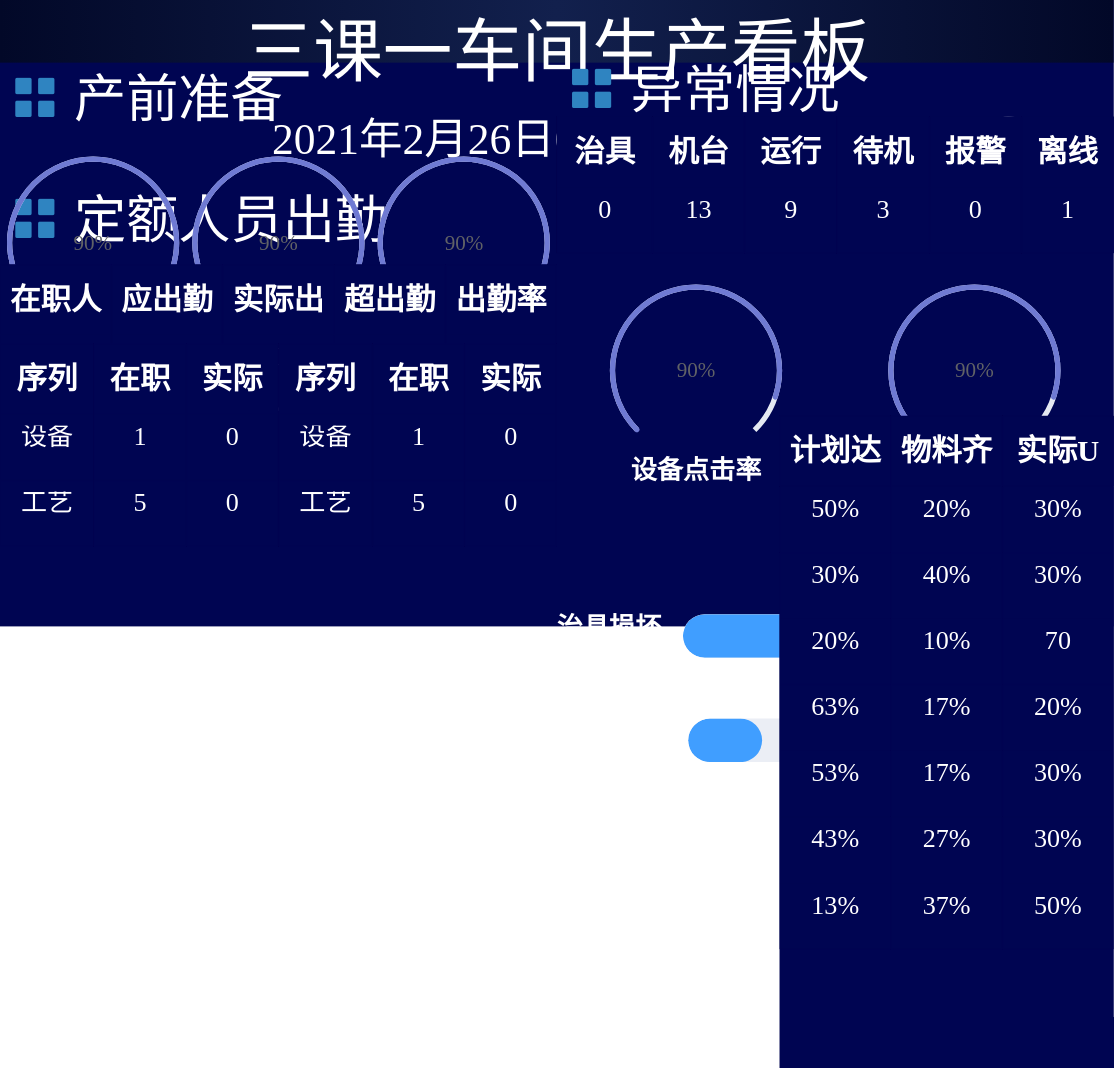
Repository: Bimbaloo/pv-view
Page: a.html
An editor plug-in stored every save of this project. The page is shown before and after the next save, followed by the edit.
The browser window is 1280 px wide. The pictures show the whole page, at 87% of full size.

Above is the page before, as saved 2021-05-17 09:25:07.
Console error: ReferenceError: echarts is not defined

### a.html
<!DOCTYPE html>
<html lang="zh-ch">

<head>
  <meta charset="UTF-8">
  <meta http-equiv="X-UA-Compatible" content="IE=edge">
  <meta name="viewport"
    content="width=device-width, initial-scale=1.0, minimum-scale=1.0, maximum-scale=1.0, user-scalable=no" />
  <script src="echarts.common.js"></script>
  <script src="vue.js"></script>
  <script src="element-ui/index.js"></script>
  <link rel="stylesheet" href="element-ui/theme-chalk/index.css">
  <link rel="stylesheet" href="reset.css">
  <link rel="stylesheet" href="base.css">
  <script src="axios.js"></script>
  <title>车间看板</title>
</head>

<body>
  <div id="app">
    <!-- 抬头 -->
    <div class="title-box">
      <div class="title">三课一车间生产看板</div>
      <div class="message" style="display: flex;">
        <div class="time">2021年2月26日09:29:23星期五</div>
        <div class="name">MES</div>
      </div>

    </div>
    <!-- 生产 -->
    <div class="Production">
      <div class="ready">
        <div class="designation">
          <i class="el-icon-menu"></i>
          <span>产前准备</span>
        </div>
        <div class="progress-boxs">
          <div class="progress-box">
            <el-progress type="dashboard" :percentage="percentage" :color="colors" :width='width'></el-progress>
            <span>设备点击率</span>
          </div>

          <div class="progress-box">
            <el-progress type="dashboard" :percentage="percentage" :color="colors" :width='width'></el-progress>
            <span>清洁度OK率</span>
          </div>
          <div class="progress-box">
            <el-progress type="dashboard" :percentage="percentage" :color="colors" :width='width'></el-progress>
            <span>物料齐率</span>
          </div>
        </div>


      </div>
      <!-- 出勤 -->
      <div class="chuqing">
        <div class="designation">
          <i class="el-icon-menu"></i>
          <span>定额人员出勤</span>
        </div>
        <div class="table-message">
          <el-table ref="table" :data="tableData.data" style="width: 100%;margin-top: 20px;">
            <el-table-column v-for="col in columns" :key="col.prop" :label="col.label" :prop="col.prop"
              :class-name="col.class" align='center'>
            </el-table-column>
          </el-table>
        </div>

      </div>
      <!-- 非定额出勤 -->
      <div class="feichuqing">
        <div class="designation">
          <i class="el-icon-menu"></i>
          <span>非定额人员出勤</span>
        </div>
        <div class="table-message" style="display: flex;">
          <el-table ref="table2" :data="tableData.data2" style="width: 45%;margin-top: 20px;">
            <el-table-column v-for="col in columns2" :key="col.prop" :label="col.label" :prop="col.prop"
              :class-name="col.class" align='center'>
            </el-table-column>
          </el-table>
          <el-table ref="table2" :data="tableData.data2" style="width: 45%;margin-top: 20px;">
            <el-table-column v-for="col in columns2" :key="col.prop" :label="col.label" :prop="col.prop"
              :class-name="col.class" align='center'>
            </el-table-column>
          </el-table>
        </div>
      </div>
    </div>
    <!-- 异常 -->
    <div class="abnormal">
      <div class="designation">
        <i class="el-icon-menu"></i>
        <span>异常情况</span>
      </div>
      <div class="table-message">
        <el-table ref="table4" :data="tableData.data4" style="width: 100%">
          <el-table-column v-for="col in columns4" :key="col.prop" :label="col.label" :prop="col.prop"
            :class-name="col.class" align='center'>
          </el-table-column>
        </el-table>
      </div>
      <div class="progress-boxs">
        <div class="progress-box">
          <el-progress type="dashboard" :percentage="percentage" :color="colors" :width='width'></el-progress>
          <span>设备点击率</span>
        </div>

        <div class="progress-box">
          <el-progress type="dashboard" :percentage="percentage" :color="colors" :width='width'></el-progress>
          <span>清洁度OK率</span>
        </div>
      </div>
      <div class="progress-boxs2">
        <div class="progress-box2">
          <div class="progress-message">
            治具损坏率
          </div>
          <el-progress :stroke-width="50" :percentage="90"></el-progress>
        </div>
        <div class="progress-box2">
          <div class="progress-message">
            OQC批退率
          </div>
          <el-progress :stroke-width="50" :percentage="20"></el-progress>
        </div>
      </div>

    </div>
    <!-- 进度 -->
    <div class="progress">
      <div class="designation" style="width: 100%;">
        <i class="el-icon-menu"></i>
        <span>生产进度</span>
      </div>

      <div id="container" style="height: 80%;width: 70%;"></div>
      <el-table ref="table5" :data="tableData.data5" style="width: 100%" height='750'>
        <el-table-column v-for="col in columns5" :key="col.prop" :label="col.label" :prop="col.prop"
          :class-name="col.class" align='center'>
        </el-table-column>
      </el-table>

    </div>

  </div>
  <script src="base.js"></script>
</body>

</html>

### reset.css
/**
 * Eric Meyer's Reset CSS v2.0 (http://meyerweb.com/eric/tools/css/reset/)
 * http://cssreset.com
 */

html,
body,
div,
span,
applet,
object,
iframe,
h1,
h2,
h3,
h4,
h5,
h6,
p,
blockquote,
pre,
a,
abbr,
acronym,
address,
big,
cite,
code,
del,
dfn,
em,
img,
ins,
kbd,
q,
s,
samp,
small,
strike,
strong,
sub,
sup,
tt,
var,
b,
u,
i,
center,
dl,
dt,
dd,
ol,
ul,
li,
fieldset,
form,
label,
legend,
table,
caption,
tbody,
tfoot,
thead,
tr,
th,
td,
article,
aside,
canvas,
details,
embed,
figure,
figcaption,
footer,
header,
menu,
nav,
output,
ruby,
section,
summary,
time,
mark,
audio,
video,
input {
  margin: 0;
  padding: 0;
  border: 0;
  font-family: "微软雅黑";
  font-size: 100%;
  font-weight: normal;
  vertical-align: baseline;
}

.divider {
  height: 16px;
  width: 100%;
  background: #f3f5f7;
  border-top: 1px solid rgba(7, 17, 27, 0.1);
  border-bottom: 1px solid rgba(7, 17, 27, 0.1);
}

.clear:after {
  content: "\20";
  height: 0;
  display: block;
  clear: both;
}

/* HTML5 display-role reset for older browsers */

article,
aside,
details,
figcaption,
figure,
footer,
header,
menu,
nav,
section {
  display: block;
}

body {
  line-height: 1;
}

blockquote,
q {
  quotes: none;
}

blockquote:before,
blockquote:after,
q:before,
q:after {
  content: none;
}

table {
  border-collapse: collapse;
  border-spacing: 0;
}

/* custom */

a {
  color: #7e8c8d;
  text-decoration: none;
  -webkit-backface-visibility: hidden;
}

li {
  list-style: none;
}

/* 表格下载。 */
.tableClone {
  position: absolute;
  z-index: -1;
}

::-webkit-scrollbar {
  width: 10px;
  height: 10px;
}

::-webkit-scrollbar-track-piece {
  /* background-color: #979ba1; */
  background-color: #bfc1c2;
  -webkit-border-radius: 4px;
}

::-webkit-scrollbar-thumb:vertical {
  height: 10px;
  /*  background-color: #56565C; */
  background-color: #8c8c92;
  -webkit-border-radius: 4px;
}

::-webkit-scrollbar-thumb:horizontal {
  width: 10px;
  /*  background-color: #56565C; */
  background-color: #8c8c92;
  -webkit-border-radius: 4px;
}

html,
body {
  width: 100%;
  height: 100%;
}

body {
  -webkit-text-size-adjust: none;
  -webkit-tap-highlight-color: rgba(0, 0, 0, 0);
}

### base.css
#app {
  background-color: hsl(236deg 100% 16%);
  display: flex;
  flex-direction: row;
  flex-flow: wrap;
  height: 100%;
}

.title-box {
  height: 10%;
  background-image: linear-gradient(to right, #020828, #12204d, #020828);
  width: 100%;

}

.title,
.time,
.name {
  color: #fff;
}

.message {
  display: flex;
  align-items: center;
  justify-content: flex-end;
  margin-right: 100px;
}

.title {
  font-size: 80px;
  width: 100%;
  display: flex;
  justify-content: center;
  align-items: center;
  line-height: 120px;
  height: 120px;
}

.time {
  font-size: 50px;
}

.name {
  font-size: 80px;
  margin-left: 50px;
}


/* 生产 */
.Production {
  height: 45%;
  width: 50%;
  box-sizing: border-box;

}

/* 异常 */
.abnormal {
  height: 45%;
  width: 50%;
  box-sizing: border-box;
}

.progress {
  width: 100%;
  height: 45%;
}


.ready {
  padding-top: 10px;
  height: 40%
}

.designation {
  color: #fff;
  font-size: 60px;
}

.el-icon-menu {
  color: #2F84C1;
  margin-left: 10px;
}

.chuqing {
  padding-top: 10px;
  height: 25%;
}
.feichuqing {
  padding-top: 10px;
  height: 35%;
}


.table-message td,th{
  background-color: hsl(236deg 100% 16%) !important;
  border: 1px solid hsl(236deg 100% 16%);
}

.el-table td, .el-table th.is-leaf {
  border: 1px solid hsl(236deg 100% 16%);
}

.el-table th, .el-table tr {
  background-color: hsl(236deg 100% 16%) !important;
}

.el-table {
  color: #fff;
  font-weight: bold;
  font-size: 30px;
}

.el-table, .el-table__expanded-cell {
  background-color: hsl(236deg 100% 16%) !important;
}
.el-table th>.cell {
  height: 55px;
  color: #fff;
  font-weight: bold;
  font-size: 35px;
  line-height: 55px;
}
.el-table td>.cell {
  height: 50px;
  color: #fff;
  font-size: 30px;
}


.abnormal {

}
.progress-boxs {
  display: flex;
  justify-content: space-around;
  margin-top: 35px;
}
.progress-box span{
  color: #fff;
  font-weight: bold;
  font-size: 30px;
}

.progress-box {
  display: flex;
    flex-direction: column;
    align-items: center;
}
.progress-boxs2 {
 margin-top: 150px;
}

.progress-box2 {
  display: flex;
  justify-content: space-evenly;
  margin-top: 60px;
  margin-bottom: 60px;
}
.progress-box2  .el-progress {
  width: 80%;
  display: flex;
}

.progress-message {
  color: #fff;
  font-weight: bold;
  font-size: 30px;
}
.progress {
  padding-top: 20px;
}

.el-table::before {
  height :0
}


.progress {
  display: flex;
    flex-direction: row;
    flex-wrap: wrap;
    box-sizing: border-box
}

### base.js
var Main = new Vue({
  el: '#app',
  name: app,
  data: {
    tableData: {
      columns: [
        {
          label: '在职人员',
          prop: 'printer',
          align: 'center',
          showHead: true
        },
        {
          label: '应出勤',
          prop: 'tasksNum',
          align: 'center',
          showHead: true
        },
        {
          label: '实际出勤',
          prop: 'status',
          align: 'center',
          showHead: true
        },
        {
          label: '超出勤',
          prop: 'lastTime',
          align: 'center',
          showHead: true
        },
        {
          label: '出勤率',
          prop: 'equipment',
          align: 'center',
          class: 'red',
          showHead: true
        }
      ],
      data: [
        {
          tasksNum: '1',
          printer: '0',
          status: '0',
          lastTime: '0',
          equipment: 0
        }],
      columns2: [
        {
          label: '序列',
          prop: 'order',
          align: 'center',
        }, {
          label: '在职人数',
          prop: 'num',
          align: 'center',
        }, {
          label: '实际出勤',
          prop: 'realistic',
          align: 'center',
        }],
      data2: [
        {
          order: '设备',
          num: '1',
          realistic: '0'
        }, {
          order: '工艺',
          num: '5',
          realistic: '0'
        },],
      data3: [
        {
          order: '品质',
          num: '0',
          realistic: '0'
        },
        {
          order: '制造',
          num: '6',
          realistic: '0'
        }
      ],
      columns4: [
        {
          label: '治具总数',
          prop: 'order',
          align: 'center',
        }, {
          label: '机台总数',
          prop: 'num',
          align: 'center',
        }, {
          label: '运行',
          prop: 'run',
          align: 'center',
        }, {
          label: '待机',
          prop: 'Standby',
          align: 'center',
        }, {
          label: '报警',
          prop: 'alarm',
          align: 'center',
        }, {
          label: '离线',
          prop: 'offline',
          align: 'center',
        }],
      data4: [
        {
          order: '0',
          num: '13',
          run: '9',
          Standby: '3',
          alarm: '0',
          offline: '1'
        }],
      columns5: [
        {
          label: '计划达成率',
          prop: 'Achievement',
          align: 'center',
        }, {
          label: '物料齐率',
          prop: 'material',
          align: 'center',
        }, {
          label: '实际UPH',
          prop: 'UPH',
          align: 'center',
        }
      ],
      data5: [],
      height: 100
    },
    colors: [
      {
        color: '#f56c6c',
        percentage: 20
      },
      {
        color: '#e6a23c',
        percentage: 40
      },
      {
        color: '#5cb87a',
        percentage: 60
      },
      {
        color: '#1989fa',
        percentage: 80
      },
      {
        color: '#6f7ad3',
        percentage: 100
      }
    ],
    percentage: 90,
    width: 200
  },
  computed: {
    columns() {
      return this.tableData.columns.filter((item) => {
        return item.showHead
      })
    },
    columns2() {
      return this.tableData.columns2
    },
    columns4() {
      return this.tableData.columns4
    },
    columns5() {
      return this.tableData.columns5
    },
    items() {
      return this.tableData.columns.filter((item) => {
        return !item.showHead
      })
    }
  },
  mounted: function () {
    this.$nextTick(() => {
      axios.get('../fgb.json', {
        firstName: 'Fred',
        lastName: 'Flintstone'
      })
        .then((response) => {
          console.log(response);
          this.tableData.data5 = response.data.data
          myChart.setOption({

          })
        })
        .catch((error) => {
          console.log(error);
        });
    })
  },
  methods: {

  }
})

var dom = document.getElementById("container");
var myChart = echarts.init(dom);
var app = {};

var option;



option = {
  tooltip: {
    trigger: 'axis',
    axisPointer: {            // Use axis to trigger tooltip
      type: 'shadow'        // 'shadow' as default; can also be 'line' or 'shadow'
    }
  },
  legend: {
    data: ['Direct', 'Mail Ad', 'Affiliate Ad']
  },
  grid: {
    left: '3%',
    right: '4%',
    bottom: '3%',
    containLabel: true
  },
  xAxis: {
    type: 'value'
  },
  yAxis: {
    type: 'category',
    data: ['1#', '2#', '3#', '4#', '5#', '6#', '7#']
  },
  series: [
    {
      name: 'Direct',
      type: 'bar',
      stack: 'total',
      label: {
        show: true
      },
      emphasis: {
        focus: 'series'
      },
      data: [0, 20, 0, 0, 5, 15, 33]
    },
    {
      name: 'Mail Ad',
      type: 'bar',
      stack: 'total',
      label: {
        show: true
      },
      emphasis: {
        focus: 'series'
      },
      data: [0, 50, 30, 70, 25, 25, 33]
    },
    {
      name: 'Affiliate Ad',
      type: 'bar',
      stack: 'total',
      label: {
        show: true
      },
      emphasis: {
        focus: 'series'
      },
      data: [100, 30, 70, 30, 70, 60, 34]
    }


  ]
};

if (option && typeof option === 'object') {
  myChart.setOption(option);
}

Loaded but not shown: vue.js (library); element-ui/index.js (library); element-ui/theme-chalk/index.css (library); public/element-ui/index.js (library); public/element-ui/theme-chalk/index.css (library); fgb.json (33 lines, source omitted); axios.js (1786 lines, source omitted); echarts.common.js (no copy from this time; the picture is the same without it)

After the next save:
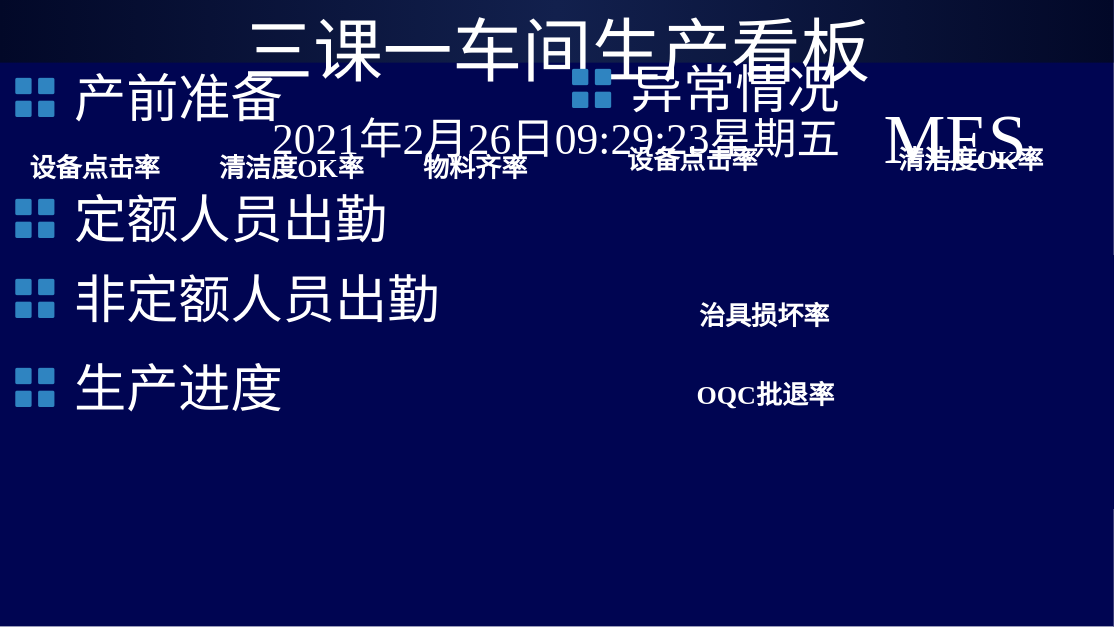
Not found: p/element-ui/index.js
Saved 91 s later.
--- a/a.html
+++ b/a.html
@@ -8,7 +8,9 @@
     content="width=device-width, initial-scale=1.0, minimum-scale=1.0, maximum-scale=1.0, user-scalable=no" />
   <script src="echarts.common.js"></script>
   <script src="vue.js"></script>
-  <script src="element-ui/index.js"></script>
+  <script src="p/element-ui/index.js"></script>
+  <script src="p/element-ui/index.js"></script>
+
   <link rel="stylesheet" href="element-ui/theme-chalk/index.css">
   <link rel="stylesheet" href="reset.css">
   <link rel="stylesheet" href="base.css">

After the save that followed:
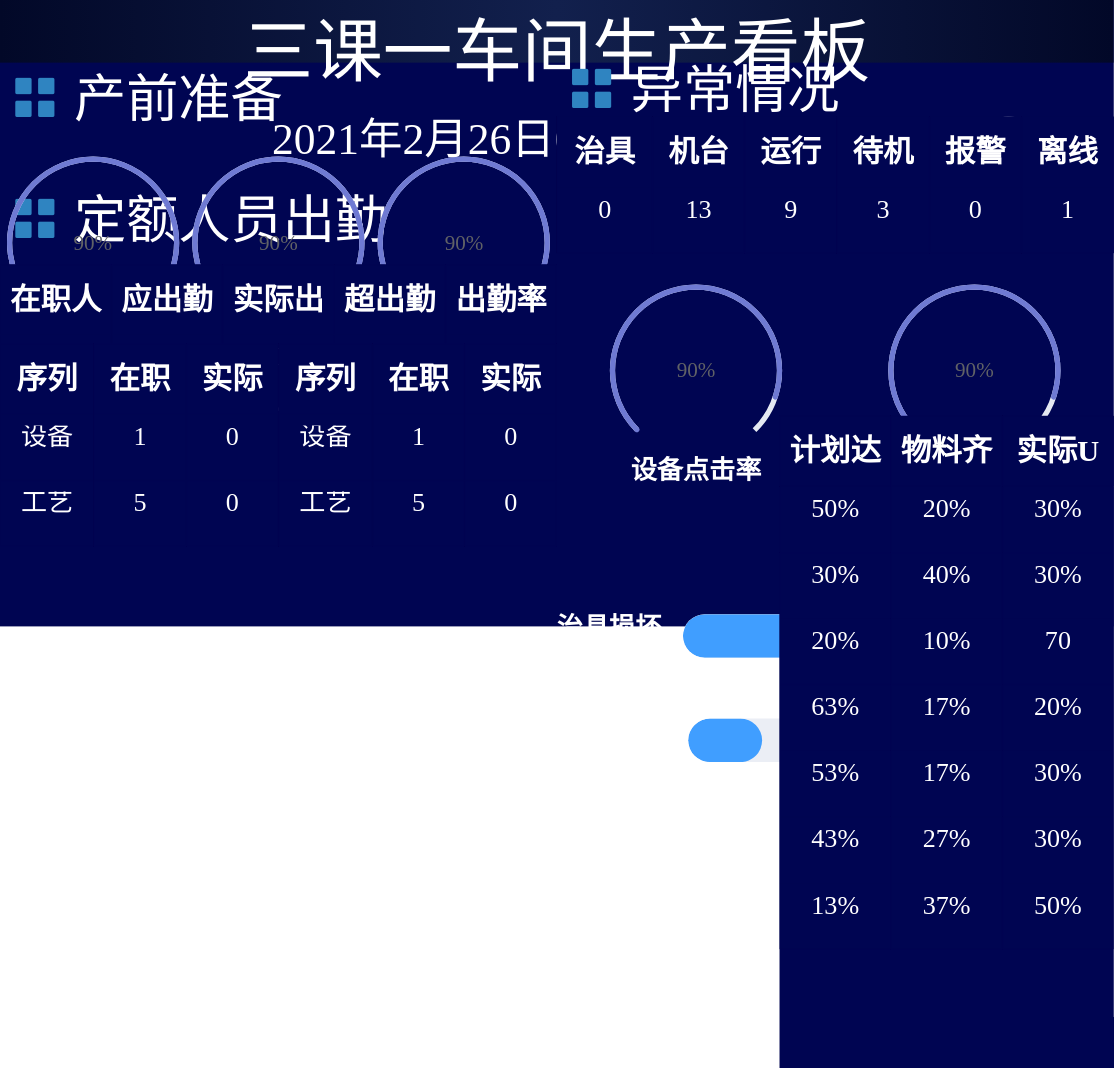
Saved 29 s later.
--- a/a.html
+++ b/a.html
@@ -8,10 +8,8 @@
     content="width=device-width, initial-scale=1.0, minimum-scale=1.0, maximum-scale=1.0, user-scalable=no" />
   <script src="echarts.common.js"></script>
   <script src="vue.js"></script>
-  <script src="p/element-ui/index.js"></script>
-  <script src="p/element-ui/index.js"></script>
-
-  <link rel="stylesheet" href="element-ui/theme-chalk/index.css">
+  <script src="public/element-ui/index.js"></script>
+  <link rel="stylesheet" href="public/element-ui/theme-chalk/index.css">
   <link rel="stylesheet" href="reset.css">
   <link rel="stylesheet" href="base.css">
   <script src="axios.js"></script>
